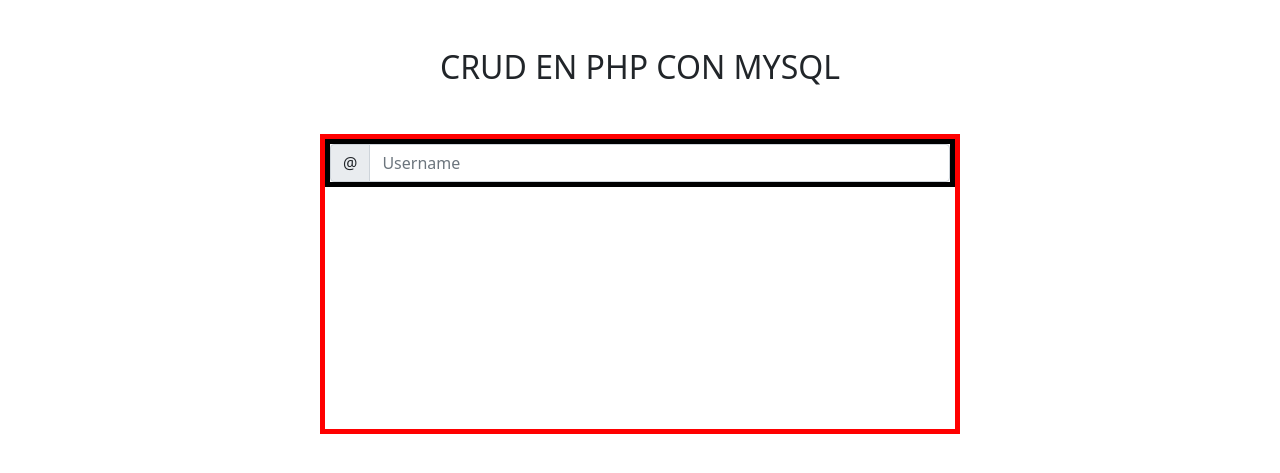
Repository: nder1996/CRUD_SENCILLO
Page: http://localhost/
The author's editor kept a copy of each file at every save. The page is drawn from the files as they stood at one save, then again after the next save.
The browser window is 1280 px wide. The pictures show the whole page.
The page is run by PHP 8.4 with error messages shown; the project is at /var/www/html/.

Above is the page before, as saved 2021-10-04 19:52:45.

### CRUD - SILENCIADO/index.php
<!DOCTYPE html>
<html lang="en">
<head>
    <meta charset="UTF-8">
    <meta http-equiv="X-UA-Compatible" content="IE=edge">
    <meta name="viewport" content="width=device-width, initial-scale=1.0">
    <title>CRUD PHP</title>
    <link href="https://cdn.jsdelivr.net/npm/bootstrap@5.1.1/dist/css/bootstrap.min.css" rel="stylesheet" integrity="sha384-F3w7mX95PdgyTmZZMECAngseQB83DfGTowi0iMjiWaeVhAn4FJkqJByhZMI3AhiU" crossorigin="anonymous">
    <link rel="stylesheet" href="css/estilos.css">
    <link rel="stylesheet" href="https://cdnjs.cloudflare.com/ajax/libs/bootstrap-icons/1.5.0/font/bootstrap-icons.min.css" integrity="sha512-xnP2tOaCJnzp2d2IqKFcxuOiVCbuessxM6wuiolT9eeEJCyy0Vhcwa4zQvdrZNVqlqaxXhHqsSV1Ww7T2jSCUQ==" crossorigin="anonymous" referrerpolicy="no-referrer" />
</head>
<body>
    <h2 class="text-center mt-5">CRUD EN PHP CON MYSQL</h2>
    <div class="contenedor mt-5">
            <div>
                <section>
                    <label class="visually-hidden" for="inlineFormInputGroupUsername">Username</label>
                    <div class="input-group">
                      <div class="input-group-text">@</div>
                      <input type="text" class="form-control" id="inlineFormInputGroupUsername" placeholder="Username">
                    </div>
                </section>
                <section>

                </section>
                <section>

                </section>
            </div>
        <!--
        <div class="input-group">
            <input type="text" class="form-control" placeholder="Recipient's username" aria-label="Recipient's username with two button addons">
            <button class="btn btn-outline-secondary" type="button"><i class="bi bi-search mr-5"></i></button>
            <button class="btn btn-outline-secondary" type="button"><i class="bi bi-file-earmark-plus"></i></button>
          </div>
        <div class="">
            <i class="bi bi-alarm"></i>
        </div>
        -->
    </div>
    <script src="https://cdn.jsdelivr.net/npm/bootstrap@5.1.1/dist/js/bootstrap.bundle.min.js" integrity="sha384-/bQdsTh/da6pkI1MST/rWKFNjaCP5gBSY4sEBT38Q/9RBh9AH40zEOg7Hlq2THRZ" crossorigin="anonymous"></script>
</body>
</html>

### CRUD - SILENCIADO/css/estilos.css
.contenedor{
    border:5px solid red;
    width: 50%;
    height: 300px;
    margin: auto;
}

.input-group{
    border:5px solid black;
}

After the next save:
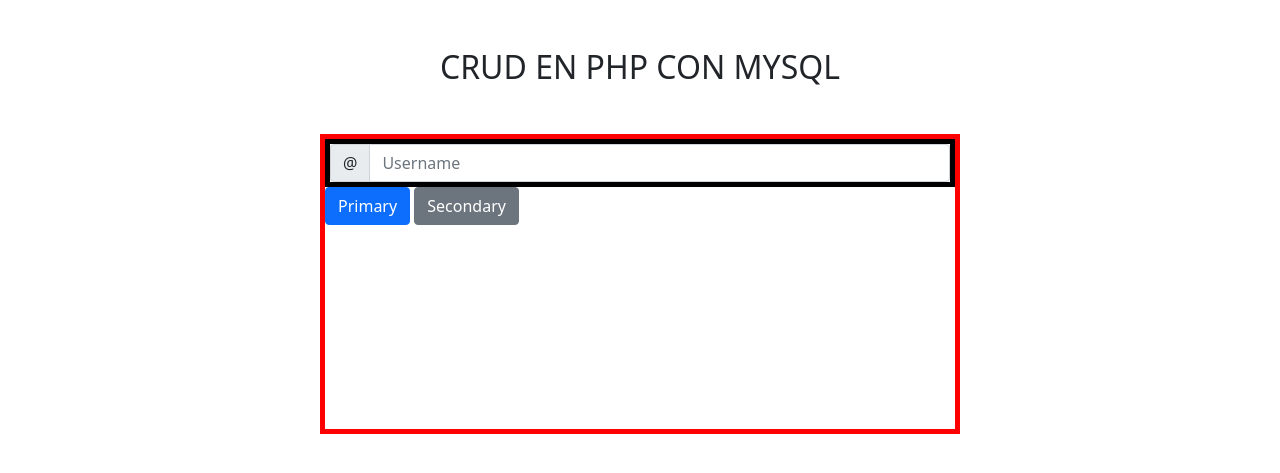
Saved 6 s later.
--- a/CRUD - SILENCIADO/index.php
+++ b/CRUD - SILENCIADO/index.php
@@ -21,7 +21,8 @@
                     </div>
                 </section>
                 <section>
-
+                    <button type="button" class="btn btn-primary">Primary</button>
+                    <button type="button" class="btn btn-secondary">Secondary</button
                 </section>
                 <section>
 
